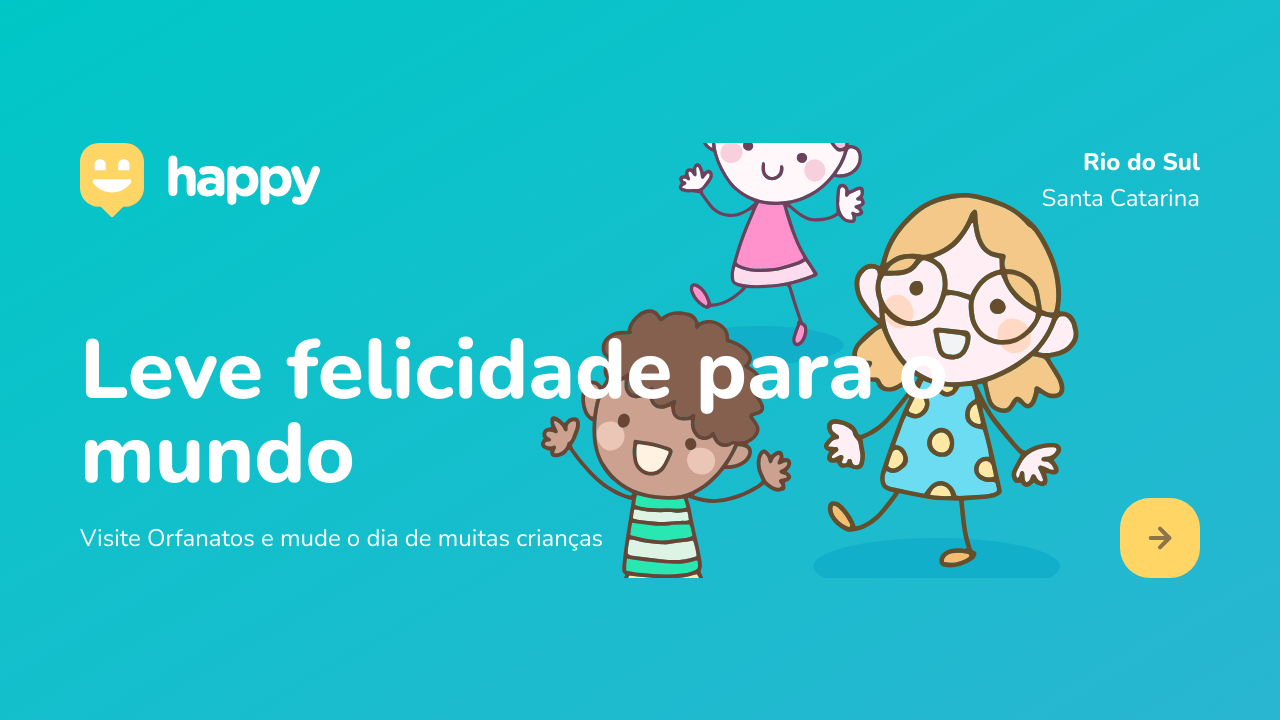
Repository: TeoNogueira/nlw3-rocketseatproject
Page: index.html
An editor plug-in stored every save of this project. The page is shown before and after the next save, followed by the edit.
The browser window is 1280 px wide. The pictures show the whole page.

Above is the page before, as saved 2020-10-13 12:54:05.

After the next save:
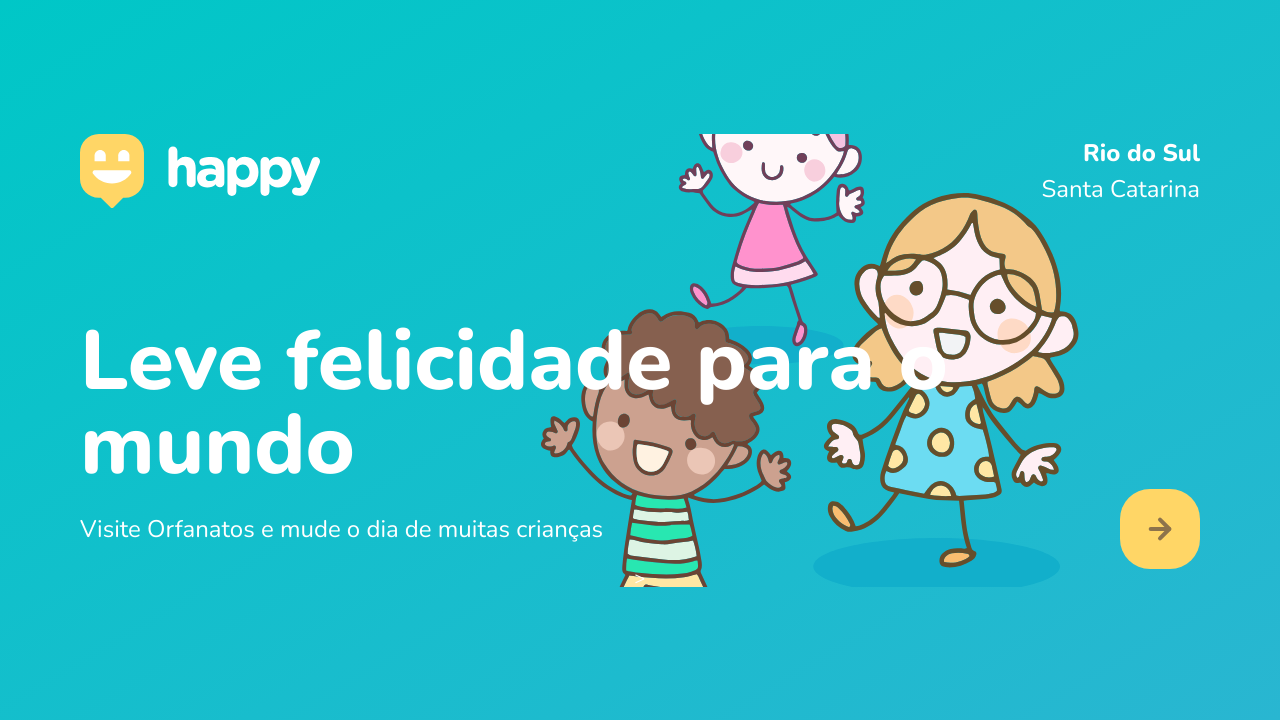
Saved 8 s later.
--- a/index.html
+++ b/index.html
@@ -49,9 +49,7 @@
 
          </section>
           </main>
-
-        </div>
-      </div>
+>
         </div> <!-- CONTAINER FIM-->
 
 

After the save that followed:
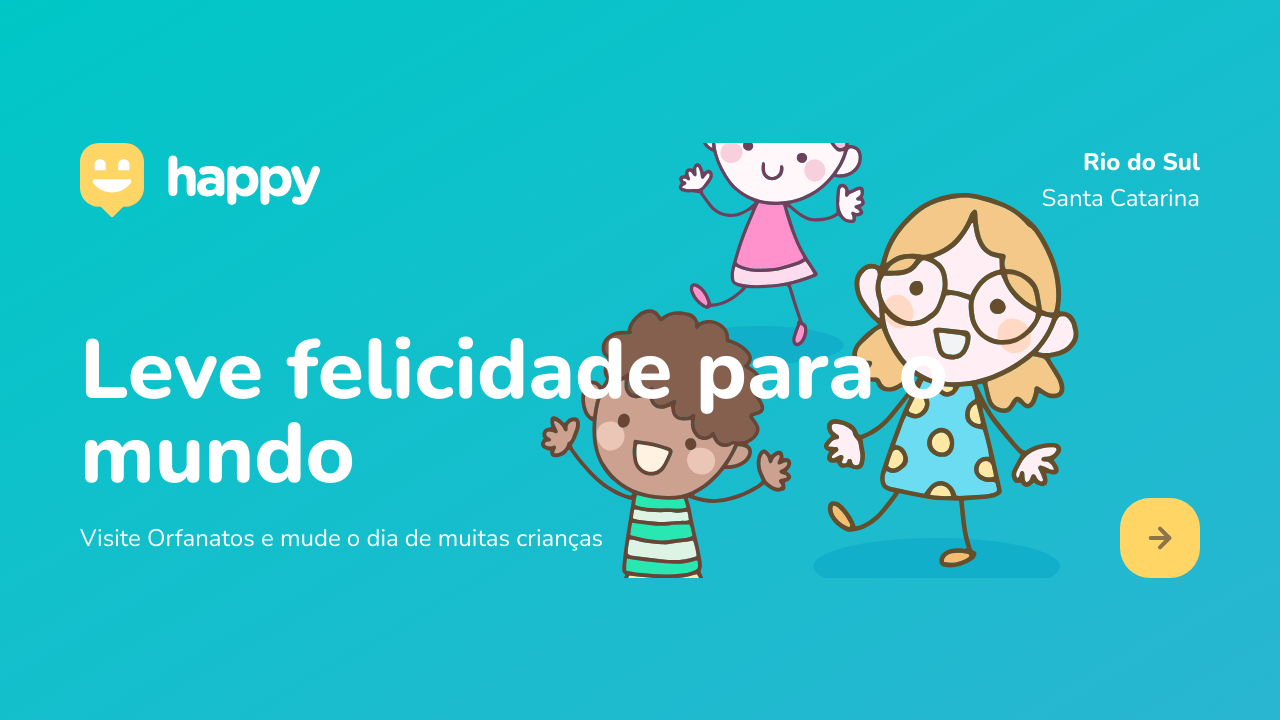
Saved 109 s later.
--- a/index.html
+++ b/index.html
@@ -49,7 +49,7 @@
 
          </section>
           </main>
->
+
         </div> <!-- CONTAINER FIM-->
 
 
